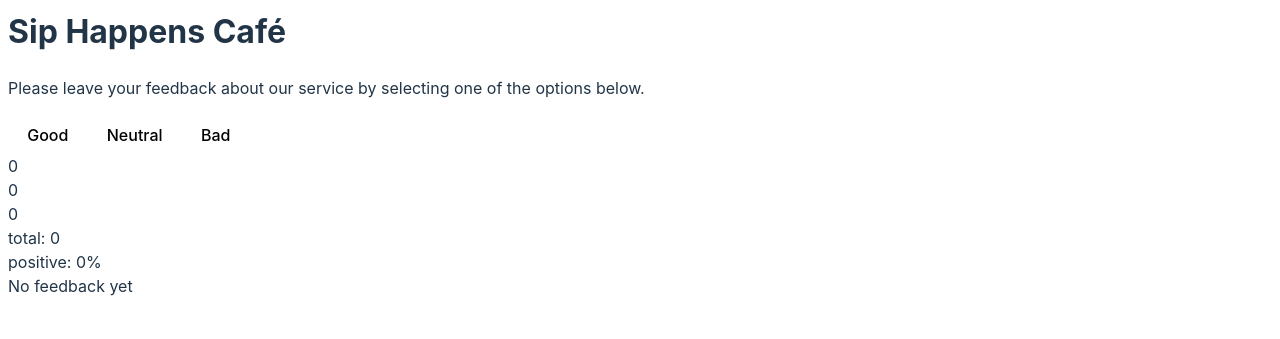
Repository: Evgeniya-Tishakova/goit-react-hw-02
Page: /
The author's editor kept a copy of each file at every save. The page is drawn from the files as they stood at one save, then again after the next save.
The browser window is 1280 px wide. The pictures show the whole page.
The project was rebuilt for these pictures with package versions that can differ from the ones it lists, and the page was loaded fresh each time. Also part of the build but not shown: vite.config.js, src/components/Feedback/Feedback.module.css.

Above is the page before, as saved 2025-02-28 16:24:15.

After the next save:
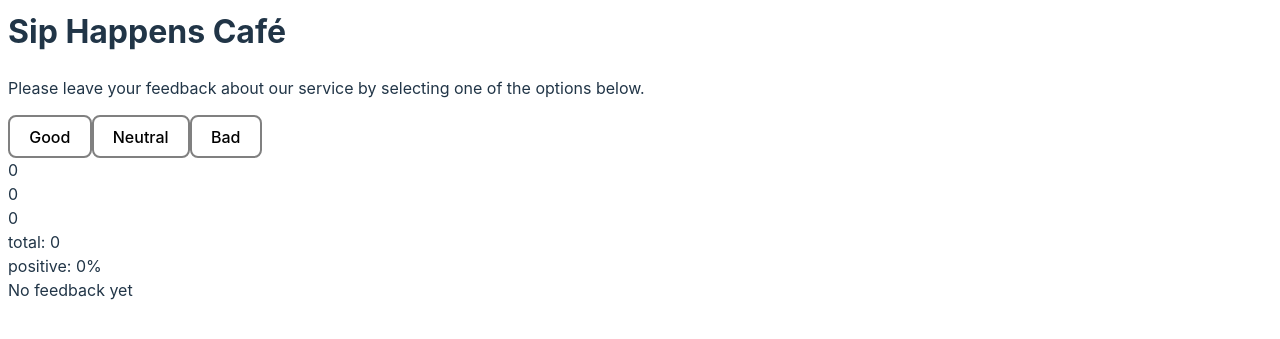
Saved 10 s later.
--- a/src/components/Options/Options.module.css
+++ b/src/components/Options/Options.module.css
@@ -1,3 +1,3 @@
 .button {
-    border: 2px;
+    border: 2px solid grey;
 }
